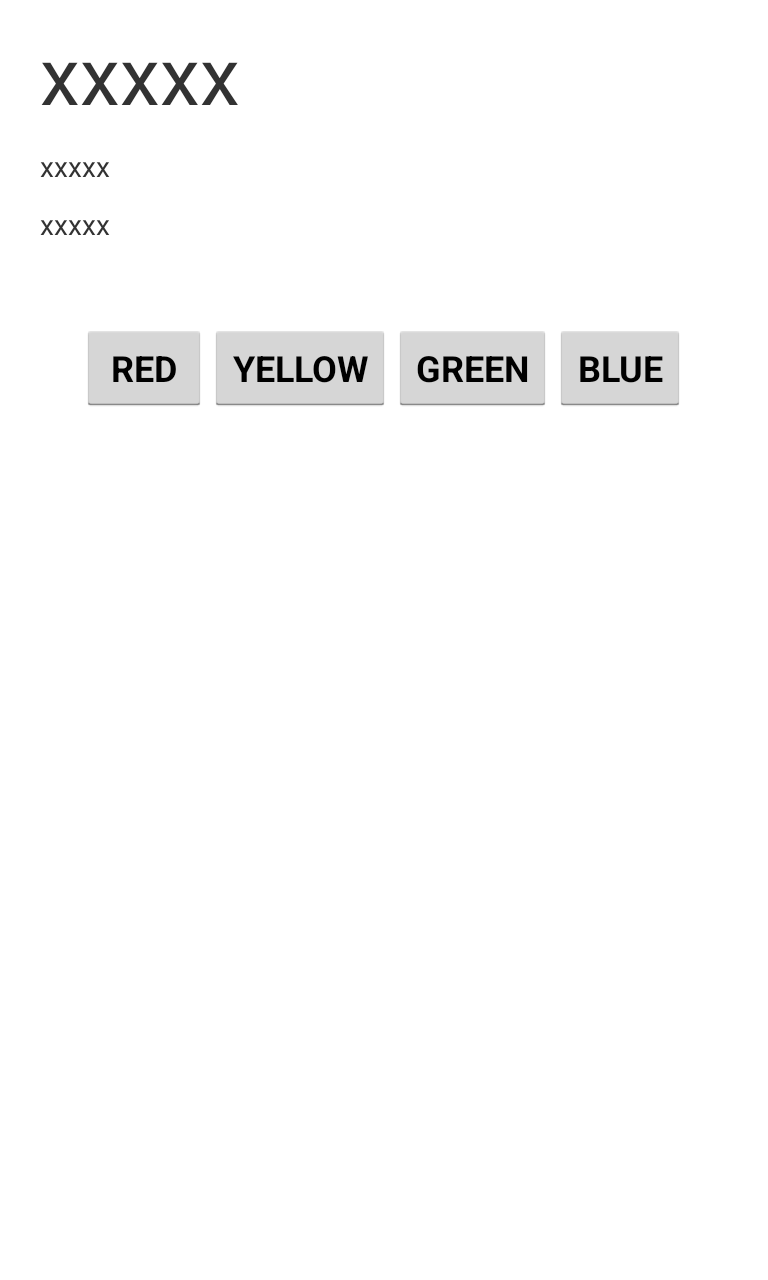
Repository: SettawutSomboon/SouthNationalPark
Layout: SouthNationalParkTravel/SouthNationalPark/res/layout/test.xml
These files come from the project's save history. The layout is drawn as it stood at one moment and after the next save; the edit follows.
It is drawn on a 768 x 1280 px phone screen (xhdpi) without system bars, with theme AppTheme; the app's code is not run.

Above is the layout before, as saved 2015-02-27 11:53:59.

### SouthNationalParkTravel/SouthNationalPark/res/layout/test.xml
<?xml version="1.0" encoding="utf-8"?>
<LinearLayout xmlns:android="http://schemas.android.com/apk/res/android"
    android:layout_width="match_parent"
    android:layout_height="match_parent"
    android:orientation="vertical" >

    <ScrollView
        android:id="@+id/sv_step1_purchase"
        android:layout_width="match_parent"
        android:layout_height="wrap_content"
        android:layout_marginBottom="10dp"
        android:fillViewport="true"
        android:paddingBottom="10dp"
        android:paddingLeft="10dp"
        android:paddingRight="10dp" >

        <LinearLayout
            android:id="@+id/rl_easyfund_step1_purchase_wrap_content"
            android:layout_width="match_parent"
            android:layout_height="wrap_content"
            android:layout_marginTop="10dp"
            android:orientation="vertical"
            android:paddingBottom="10dp"
            android:paddingLeft="10dp"
            android:paddingRight="10dp" >

            <TextView
                android:id="@+id/txt_parkname"
                android:layout_width="match_parent"
                android:layout_height="wrap_content"
                android:textSize="40dp"
                android:text="xxxxx" />

            <TextView
                android:id="@+id/txt_general"
                android:layout_width="match_parent"
                android:layout_height="wrap_content"
                android:layout_marginTop="10dp"
                android:text="xxxxx" />

            <TextView
                android:id="@+id/txt_topography"
                android:layout_width="match_parent"
                android:layout_height="wrap_content"
                android:layout_marginTop="10dp"
                android:text="xxxxx" />
        </LinearLayout>
    </ScrollView>



        <RelativeLayout
            android:id="@+id/rl_easyfund_confirm_next"
        android:layout_width="match_parent"
        android:layout_height="45dp"
        android:layout_alignParentBottom="true"
        android:layout_marginTop="10dp"
        android:layout_marginLeft="10dp"
        android:layout_marginRight="10dp" >

            <LinearLayout
                android:layout_width="fill_parent"
                android:layout_height="wrap_content"
                android:background="#ffffff"
                android:gravity="center"
                android:orientation="horizontal" >

                <Button
                    android:id="@+id/red__bt_id"
                    android:layout_width="wrap_content"
                    android:layout_height="wrap_content"
                    android:text="RED"
                    android:textStyle="bold" />

                <Button
                    android:id="@+id/yellow_bt_id"
                    android:layout_width="wrap_content"
                    android:layout_height="wrap_content"
                    android:text="YELLOW"
                    android:textStyle="bold" />

                <Button
                    android:id="@+id/green_bt_id"
                    android:layout_width="wrap_content"
                    android:layout_height="wrap_content"
                    android:text="GREEN"
                    android:textStyle="bold" />

                <Button
                    android:id="@+id/blue_bt_id"
                    android:layout_width="wrap_content"
                    android:layout_height="wrap_content"
                    android:text="BLUE"
                    android:textStyle="bold" />
            </LinearLayout>
        </RelativeLayout>


</LinearLayout>

Loaded but not shown: SouthNationalParkTravel/SouthNationalPark/res/values/styles.xml (common file); SouthNationalParkTravel/SouthNationalPark/res/values-v11/styles.xml (common file); SouthNationalParkTravel/SouthNationalPark/res/values-v14/styles.xml (common file)

After the next save:
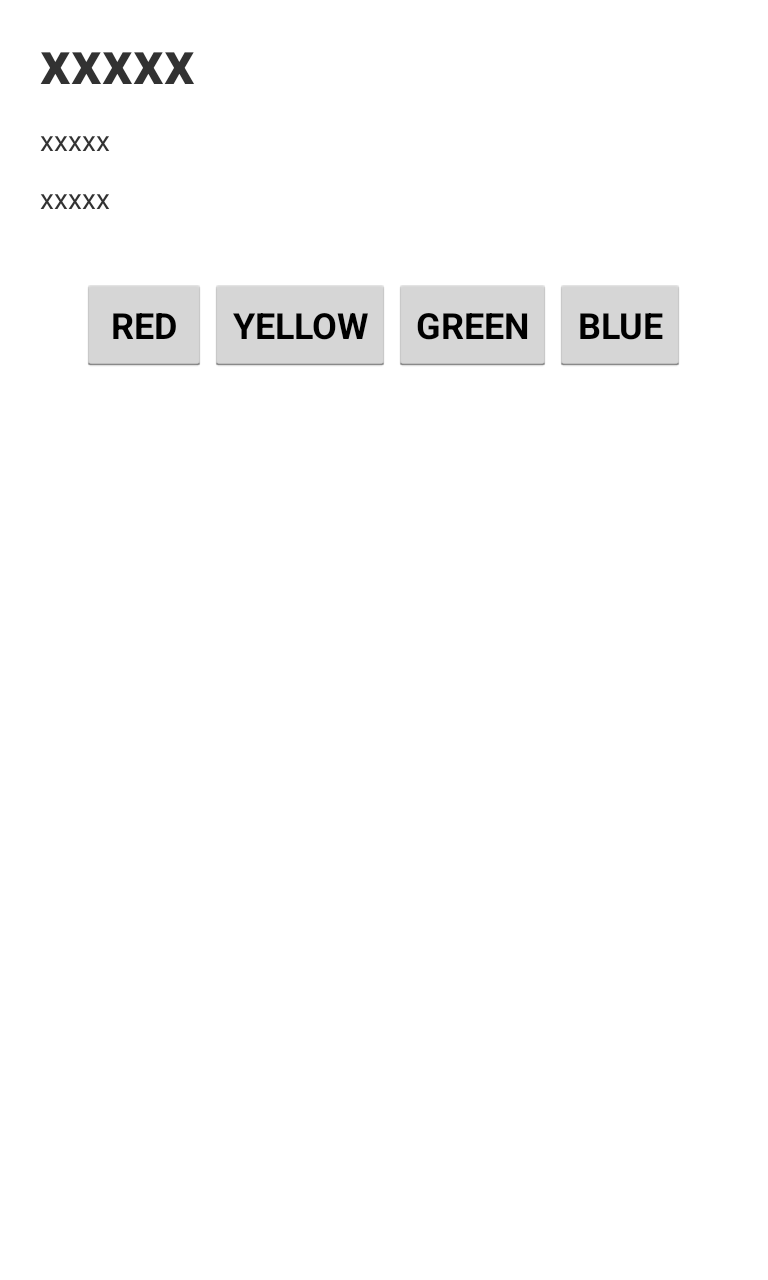
Saved 71 s later.
--- a/SouthNationalParkTravel/SouthNationalPark/res/layout/test.xml
+++ b/SouthNationalParkTravel/SouthNationalPark/res/layout/test.xml
@@ -28,7 +28,8 @@
                 android:id="@+id/txt_parkname"
                 android:layout_width="match_parent"
                 android:layout_height="wrap_content"
-                android:textSize="40dp"
+                android:textSize="30dp"
+                android:textStyle="bold"
                 android:text="xxxxx" />
 
             <TextView
@@ -47,16 +48,16 @@
         </LinearLayout>
     </ScrollView>
 
-
+    <LinearLayout
+        android:layout_width="wrap_content"
+        android:layout_height="wrap_content"
+        android:gravity="bottom"
+        android:orientation="vertical" >
 
         <RelativeLayout
-            android:id="@+id/rl_easyfund_confirm_next"
-        android:layout_width="match_parent"
-        android:layout_height="45dp"
-        android:layout_alignParentBottom="true"
-        android:layout_marginTop="10dp"
-        android:layout_marginLeft="10dp"
-        android:layout_marginRight="10dp" >
+            android:id="@+id/rl_easyfund_step1_purchase_next"
+            android:layout_width="match_parent"
+            android:layout_height="wrap_content" >
 
             <LinearLayout
                 android:layout_width="fill_parent"
@@ -94,6 +95,6 @@
                     android:textStyle="bold" />
             </LinearLayout>
         </RelativeLayout>
-
+    </LinearLayout>
 
 </LinearLayout>
